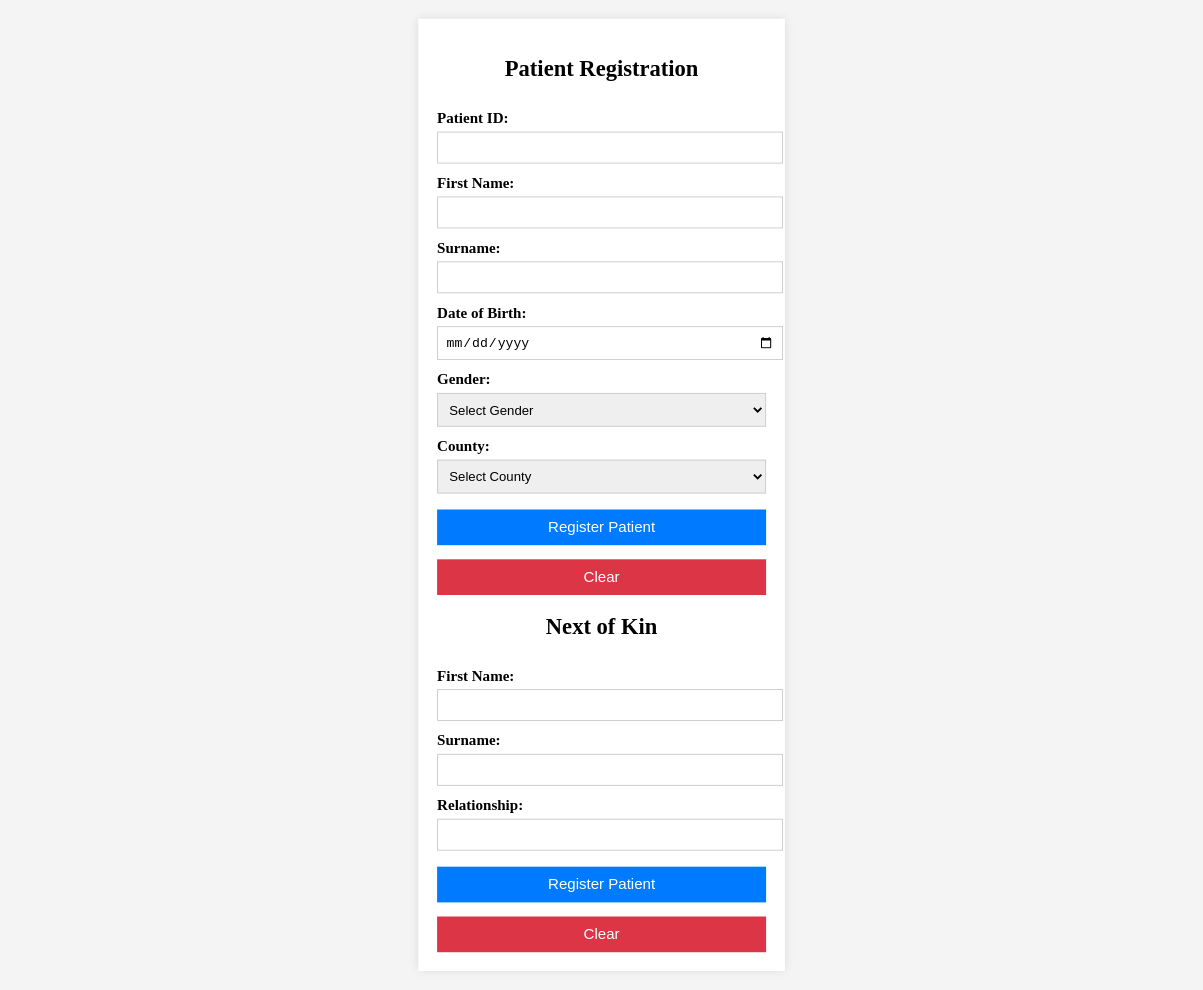
Repository: EphrahimLaanyu123/wsp
Page: Registration.html
An editor plug-in stored every save of this project. The page is shown before and after the next save, followed by the edit.
The browser window is 1280 px wide. The pictures show the whole page, at 94% of full size.

Above is the page before, as saved 2025-03-14 08:43:15.

After the next save:
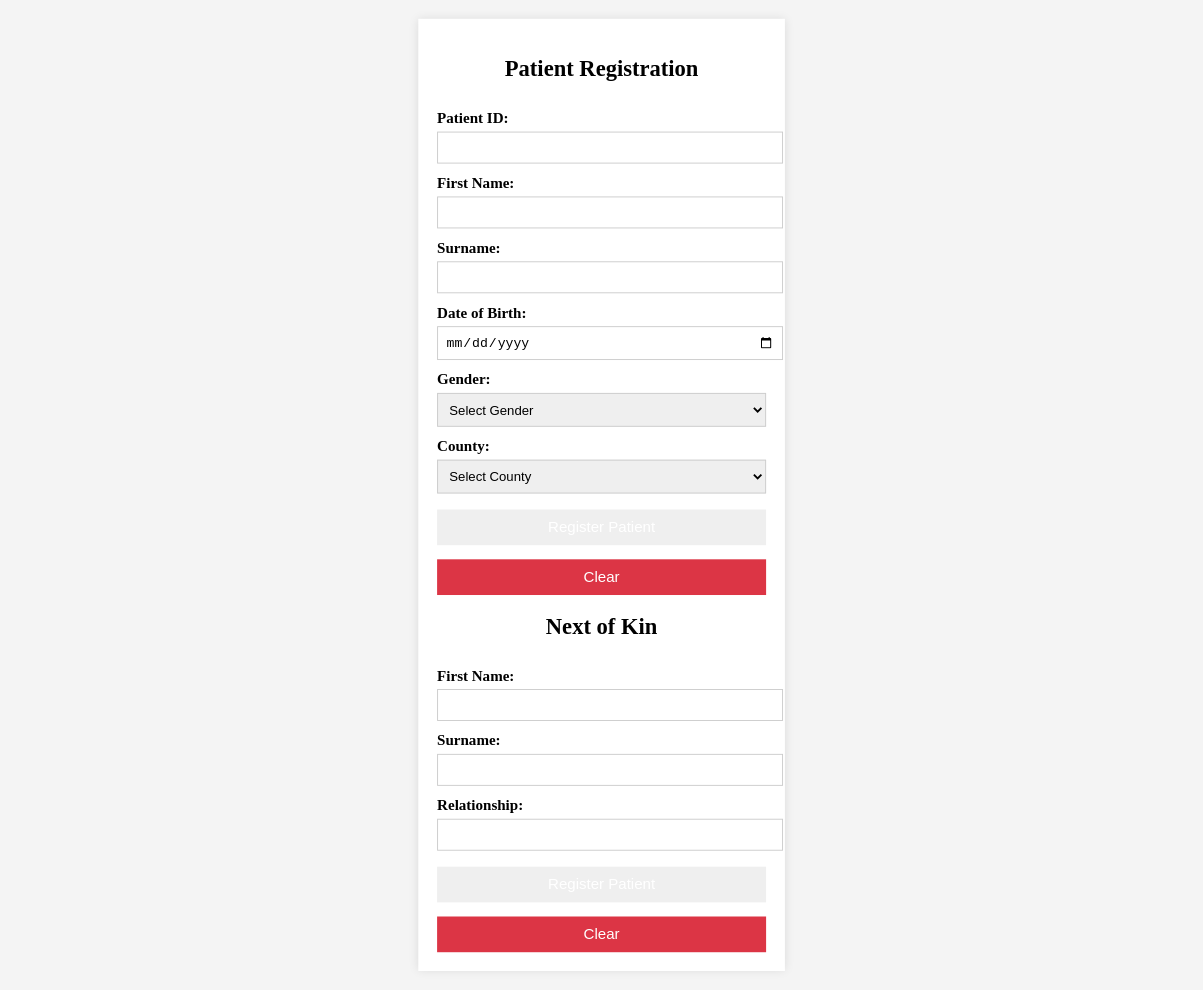
Saved 3 min 29 s later.
--- a/registration.css
+++ b/registration.css
@@ -64,7 +64,6 @@
     margin-top: 15px;
     padding: 10px;
     border: none;
-    background: #007bff;
     color: white;
     font-size: 16px;
     cursor: pointer;
